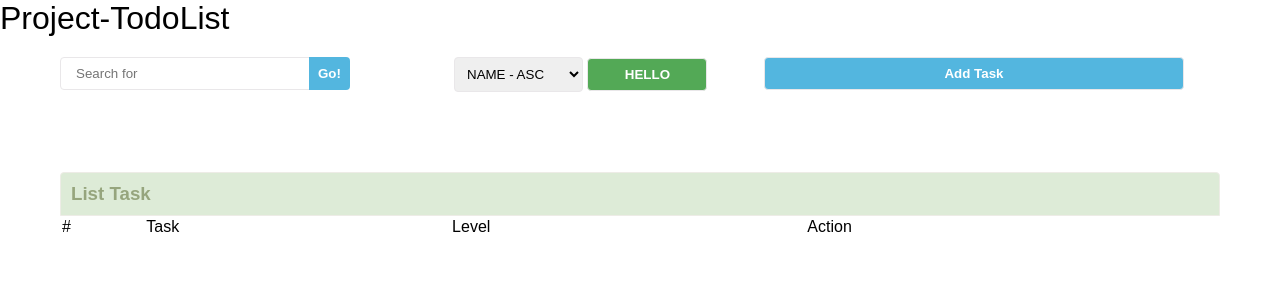
Repository: dinhconglam2306/frontend_tu_xa
Page: B08/Exercise_todolist/index.html
The author's editor kept a copy of each file at every save. The page is drawn from the files as they stood at one save, then again after the next save.
The browser window is 1280 px wide. The pictures show the whole page.

Above is the page before, as saved 2021-04-15 03:12:30.

After the next save:
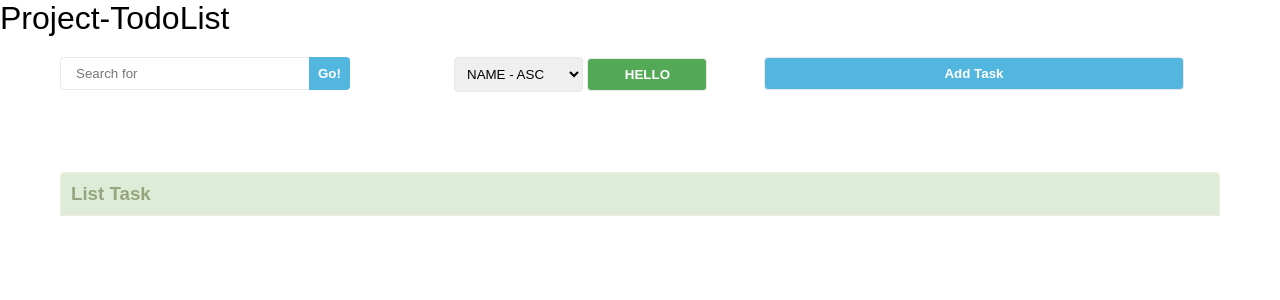
Saved 9 s later.
--- a/B08/Exercise_todolist/index.html
+++ b/B08/Exercise_todolist/index.html
@@ -59,11 +59,7 @@
     <div class="task">
       <h3 class="title">List Task</h3>
       <table id="list-task">
-        <tr>
-          <td>#</td>
-          <td>Task</td>
-          <td>Level</td>
-          <td>Action</td>
+
         </tr>
       </table>
     </div>
